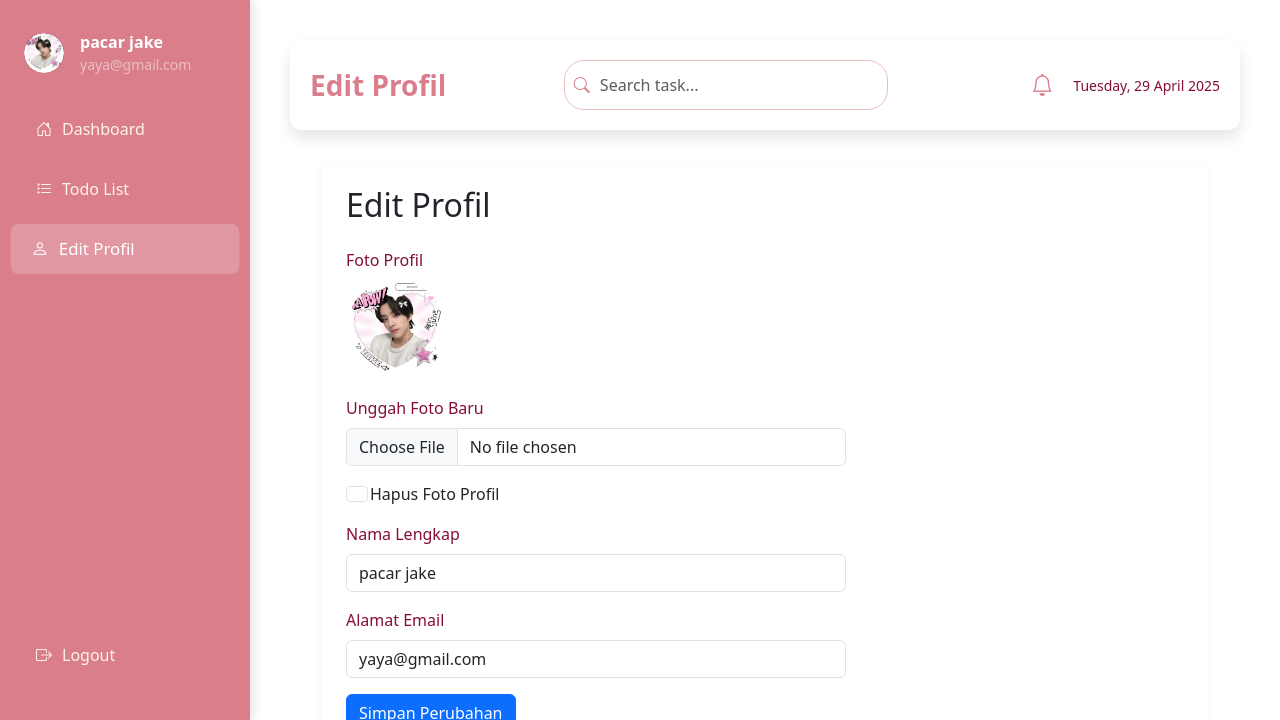
Repository: zhr-nabila/FloTime
Page: http://localhost/profile.php
These files come from the project's save history. The page is drawn as it stood at one moment and after a run of saves; the edit follows.
The browser window is 1280 px wide. The pictures show the whole page.
An inner scrolling area shows only its first screen. The page is run by PHP 8.4 with error messages shown; the project is at /var/www/html/. The session is filled in as if someone had signed in: {"email": "yaya@gmail.com", "status": "login", "user_id": 2}. The database holds what the project's SQL file puts in it.

Above is the page before, as saved 2025-04-30 20:24:12.

After the next 2 saves:
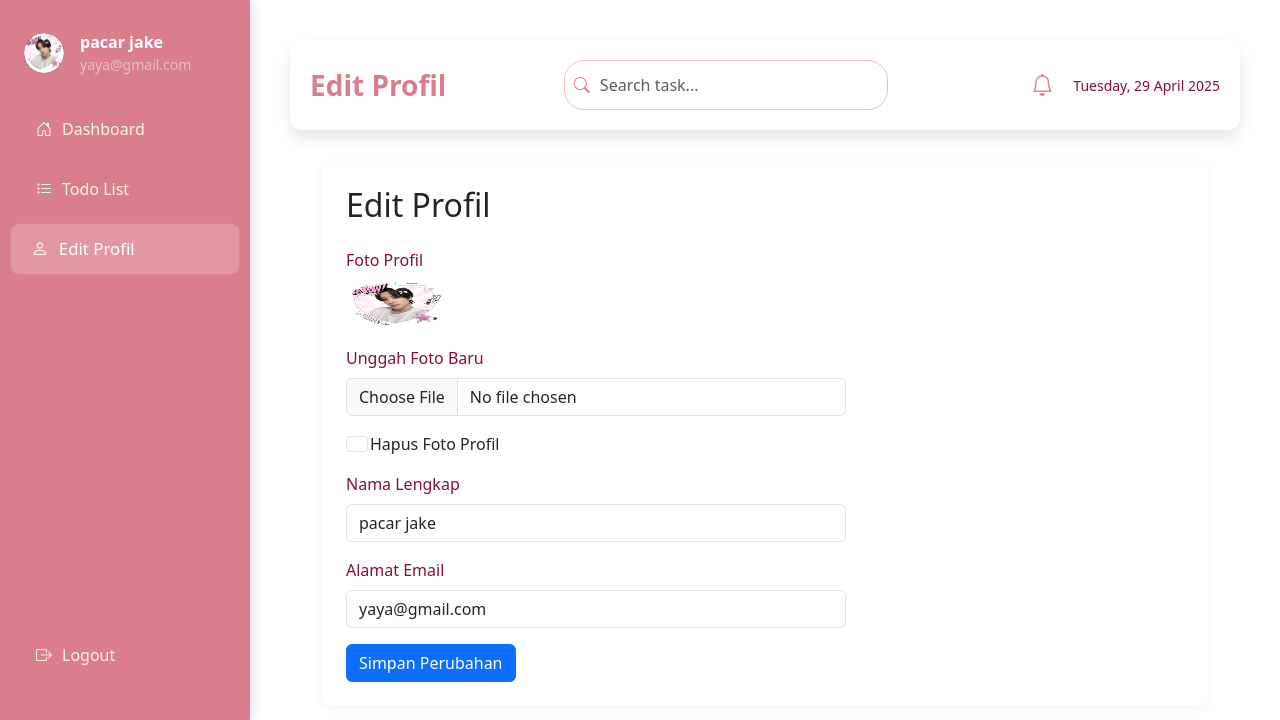
The 2 saves are shown as one change because they came seconds apart.
The last was saved 2 min 55 s later.
--- a/profile.php
+++ b/profile.php
@@ -81,7 +81,7 @@ if ($_SERVER["REQUEST_METHOD"] == "POST") {
             <div class="mb-3">
                 <label class="form-label">Foto Profil</label><br>
                 <?php if ($user['photo']) : ?>
-                    <img src="uploads/<?= htmlspecialchars($user['photo']) ?>" alt="Foto" class="rounded-circle" width="100">
+                    <img src="uploads/<?= htmlspecialchars($user['photo']) ?>" alt="Foto" class="rounded-circle" width="100" height="50">
                 <?php else : ?>
                     <div class="user-avatar-lg">
                         <?= strtoupper(substr($user['name'] ?: $user['email'], 0, 1)) ?>
